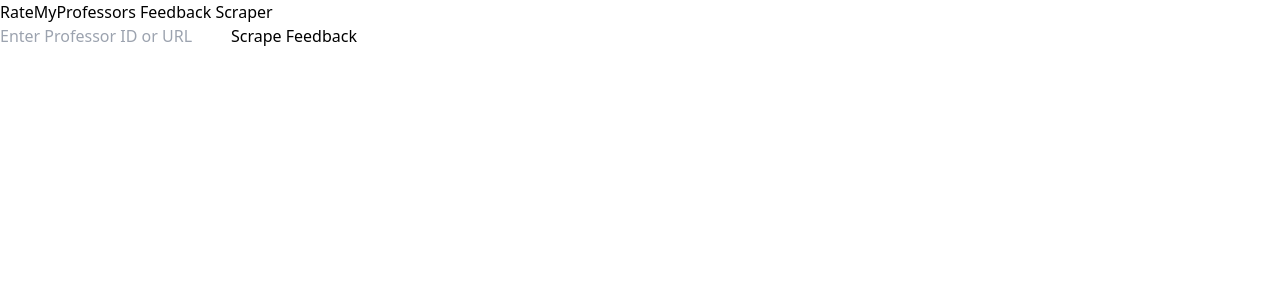
Repository: rakeshpuppala2590/Rate-my-professor
Page: /professor
These files come from the project's save history. The page is drawn as it stood at one moment and after the next save; the edit follows.
The browser window is 1280 px wide. The pictures show the whole page.
The project was rebuilt for these pictures with package versions that can differ from the ones it lists, and the page was loaded fresh each time. Some packages were replaced by stand-ins written for this rebuild. The framework's server and built-in components were replaced by stand-ins that run in the browser. Also part of the build but not shown: next.config.mjs, app/components/Navbar.js, app/components/Hero.js.

Above is the page before, as saved 2024-08-22 19:34:43.

After the next save:
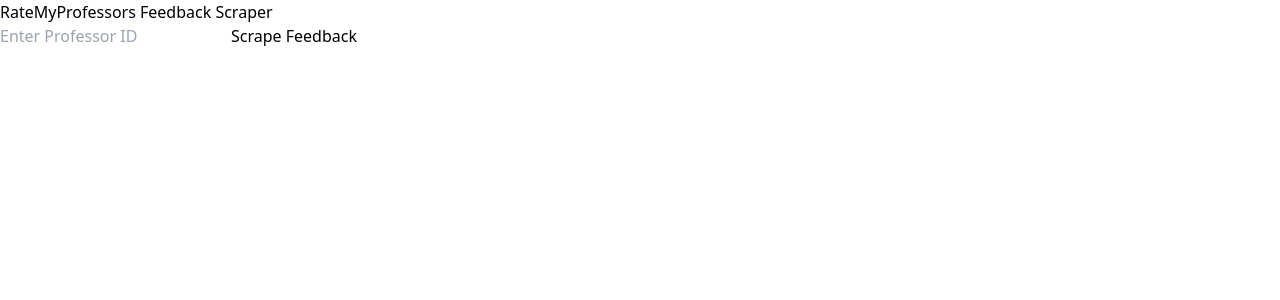
Saved 111 s later.
--- a/app/professor/page.js
+++ b/app/professor/page.js
@@ -49,7 +49,7 @@
         type="text"
         value={professorId}
         onChange={(e) => setProfessorId(e.target.value)}
-        placeholder="Enter Professor ID or URL"
+        placeholder="Enter Professor ID"
       />
       <button onClick={handleSubmit} disabled={isLoading}>
         {isLoading ? "Scraping..." : "Scrape Feedback"}
